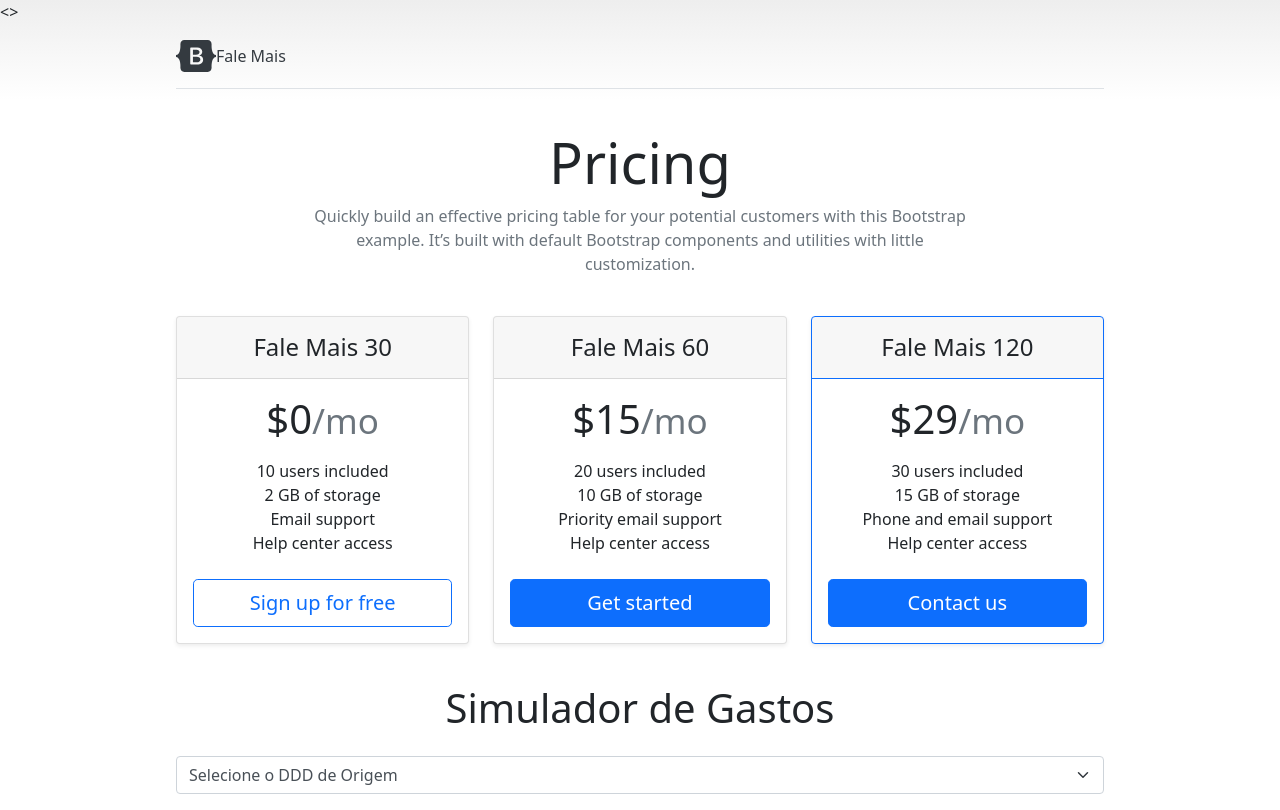
Repository: JuniorMagalhaesDeAlcantara/Fale-Mais
Page: src/resource/index.html
An editor plug-in stored every save of this project. The page is shown before and after the next save, followed by the edit.
The browser window is 1280 px wide. The pictures show the whole page.

Above is the page before, as saved 2022-08-02 15:06:11.

### src/resource/index.html
<!DOCTYPE html>
<html lang="pt-br">
<head>
  <meta charset="UTF-8">
  <meta name="viewport" content="width=device-width, initial-scale=1.0">
  <title>Fale Mais</title>
  <link rel="stylesheet" href="https://stackpath.bootstrapcdn.com/bootstrap/5.0.0-alpha1/css/bootstrap.min.css" integrity="sha384-r4NyP46KrjDleawBgD5tp8Y7UzmLA05oM1iAEQ17CSuDqnUK2+k9luXQOfXJCJ4I" crossorigin="anonymous">
  <script src="https://cdn.jsdelivr.net/npm/popper.js@1.16.0/dist/umd/popper.min.js" integrity="sha384-Q6E9RHvbIyZFJoft+2mJbHaEWldlvI9IOYy5n3zV9zzTtmI3UksdQRVvoxMfooAo" crossorigin="anonymous"></script>
  <script src="https://stackpath.bootstrapcdn.com/bootstrap/5.0.0-alpha1/js/bootstrap.min.js" integrity="sha384-oesi62hOLfzrys4LxRF63OJCXdXDipiYWBnvTl9Y9/TRlw5xlKIEHpNyvvDShgf/" crossorigin="anonymous"></script>
</head>
<body>


      <!-- Custom styles for this template -->
      <link href="../resource/css/style.css" rel="stylesheet">
    </head>
    <>

  <svg xmlns="http://www.w3.org/2000/svg" style="display: none;">
    <symbol id="check" viewBox="0 0 16 16">
      <title>Check</title>
      <path d="M13.854 3.646a.5.5 0 0 1 0 .708l-7 7a.5.5 0 0 1-.708 0l-3.5-3.5a.5.5 0 1 1 .708-.708L6.5 10.293l6.646-6.647a.5.5 0 0 1 .708 0z"/>
    </symbol>
  </svg>

  <div class="container py-3">
    <header>
      <div class="d-flex flex-column flex-md-row align-items-center pb-3 mb-4 border-bottom">
        <a href="/" class="d-flex align-items-center text-dark text-decoration-none">
          <svg xmlns="http://www.w3.org/2000/svg" width="40" height="32" class="me-2" viewBox="0 0 118 94" role="img"><title>Fale Mais</title><path fill-rule="evenodd" clip-rule="evenodd" d="M24.509 0c-6.733 0-11.715 5.893-11.492 12.284.214 6.14-.064 14.092-2.066 20.577C8.943 39.365 5.547 43.485 0 44.014v5.972c5.547.529 8.943 4.649 10.951 11.153 2.002 6.485 2.28 14.437 2.066 20.577C12.794 88.106 17.776 94 24.51 94H93.5c6.733 0 11.714-5.893 11.491-12.284-.214-6.14.064-14.092 2.066-20.577 2.009-6.504 5.396-10.624 10.943-11.153v-5.972c-5.547-.529-8.934-4.649-10.943-11.153-2.002-6.484-2.28-14.437-2.066-20.577C105.214 5.894 100.233 0 93.5 0H24.508zM80 57.863C80 66.663 73.436 72 62.543 72H44a2 2 0 01-2-2V24a2 2 0 012-2h18.437c9.083 0 15.044 4.92 15.044 12.474 0 5.302-4.01 10.049-9.119 10.88v.277C75.317 46.394 80 51.21 80 57.863zM60.521 28.34H49.948v14.934h8.905c6.884 0 10.68-2.772 10.68-7.727 0-4.643-3.264-7.207-9.012-7.207zM49.948 49.2v16.458H60.91c7.167 0 10.964-2.876 10.964-8.281 0-5.406-3.903-8.178-11.425-8.178H49.948z" fill="currentColor"></path></svg>
          <span class="fs-4">Fale Mais</span>
        </a>
      </div>

      <div class="pricing-header p-3 pb-md-4 mx-auto text-center">
        <h1 class="display-4 fw-normal">Pricing</h1>
        <p class="fs-5 text-muted">Quickly build an effective pricing table for your potential customers with this Bootstrap example. It’s built with default Bootstrap components and utilities with little customization.</p>
      </div>
    </header>

    <main>
      <div class="row row-cols-1 row-cols-md-3 mb-3 text-center">
        <div class="col">
          <div class="card mb-4 rounded-3 shadow-sm">
            <div class="card-header py-3">
              <h4 class="my-0 fw-normal">Fale Mais 30</h4>
            </div>
            <div class="card-body">
              <h1 class="card-title pricing-card-title">$0<small class="text-muted fw-light">/mo</small></h1>
              <ul class="list-unstyled mt-3 mb-4">
                <li>10 users included</li>
                <li>2 GB of storage</li>
                <li>Email support</li>
                <li>Help center access</li>
              </ul>
              <button type="button" class="w-100 btn btn-lg btn-outline-primary">Sign up for free</button>
            </div>
          </div>
        </div>
        <div class="col">
          <div class="card mb-4 rounded-3 shadow-sm">
            <div class="card-header py-3">
              <h4 class="my-0 fw-normal">Fale Mais 60</h4>
            </div>
            <div class="card-body">
              <h1 class="card-title pricing-card-title">$15<small class="text-muted fw-light">/mo</small></h1>
              <ul class="list-unstyled mt-3 mb-4">
                <li>20 users included</li>
                <li>10 GB of storage</li>
                <li>Priority email support</li>
                <li>Help center access</li>
              </ul>
              <button type="button" class="w-100 btn btn-lg btn-primary">Get started</button>
            </div>
          </div>
        </div>
        <div class="col">
          <div class="card mb-4 rounded-3 shadow-sm border-primary">
            <div class="card-header py-3 text-bg-primary border-primary">
              <h4 class="my-0 fw-normal">Fale Mais 120</h4>
            </div>
            <div class="card-body">
              <h1 class="card-title pricing-card-title">$29<small class="text-muted fw-light">/mo</small></h1>
              <ul class="list-unstyled mt-3 mb-4">
                <li>30 users included</li>
                <li>15 GB of storage</li>
                <li>Phone and email support</li>
                <li>Help center access</li>
              </ul>
              <button type="button" class="w-100 btn btn-lg btn-primary">Contact us</button>
            </div>
          </div>
        </div>
      </div>

      <h2 class="display-6 text-center mb-4">Simulador de Gastos</h2>

      <select class="form-select" aria-label="Default select example">
        <option selected>Selecione o DDD de Origem</option>
        <option value="1">11</option>
        <option value="2">16</option>
        <option value="3">17</option>
        <option value="4">15</option>
      </select>


      </main>
      </div>


    </body>
  </html>

### src/resource/css/style.css
body {
    background-image: linear-gradient(180deg, #eee, #fff 100px, #fff);
  }

  .container {
    max-width: 960px;
  }

  .pricing-header {
    max-width: 700px;
  }

        .bd-placeholder-img {
          font-size: 1.125rem;
          text-anchor: middle;
          -webkit-user-select: none;
          -moz-user-select: none;
          user-select: none;
        }

        @media (min-width: 768px) {
          .bd-placeholder-img-lg {
            font-size: 3.5rem;
          }
        }

        .b-example-divider {
          height: 3rem;
          background-color: rgba(0, 0, 0, .1);
          border: solid rgba(0, 0, 0, .15);
          border-width: 1px 0;
          box-shadow: inset 0 .5em 1.5em rgba(0, 0, 0, .1), inset 0 .125em .5em rgba(0, 0, 0, .15);
        }

        .b-example-vr {
          flex-shrink: 0;
          width: 1.5rem;
          height: 100vh;
        }

        .bi {
          vertical-align: -.125em;
          fill: currentColor;
        }

        .nav-scroller {
          position: relative;
          z-index: 2;
          height: 2.75rem;
          overflow-y: hidden;
        }

        .nav-scroller .nav {
          display: flex;
          flex-wrap: nowrap;
          padding-bottom: 1rem;
          margin-top: -1px;
          overflow-x: auto;
          text-align: center;
          white-space: nowrap;
          -webkit-overflow-scrolling: touch;
        }

After the next save:
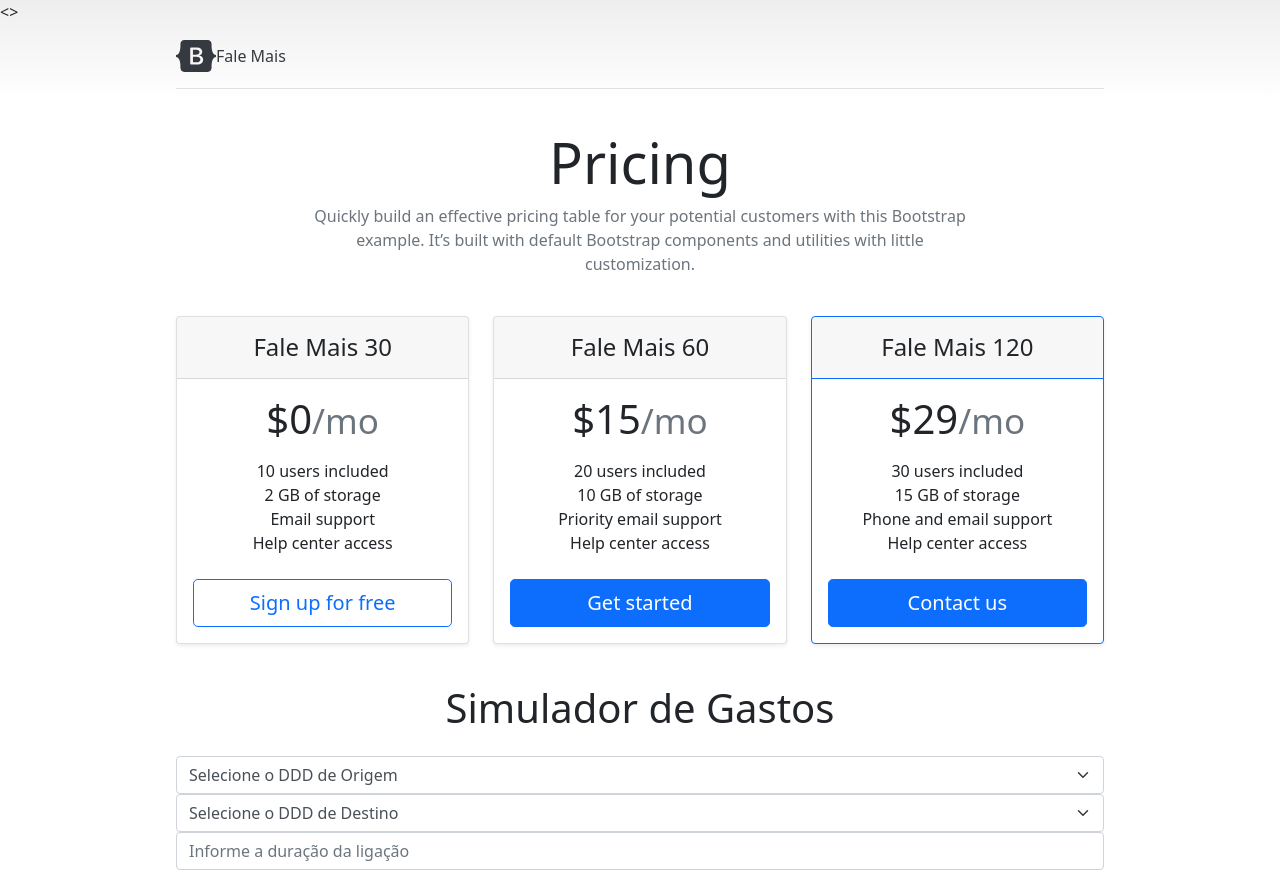
Saved 2 min 50 s later.
--- a/src/resource/index.html
+++ b/src/resource/index.html
@@ -100,8 +100,18 @@
         <option value="1">11</option>
         <option value="2">16</option>
         <option value="3">17</option>
-        <option value="4">15</option>
+        <option value="4">18</option>
       </select>
+
+      <select class="form-select" aria-label="Default select example">
+        <option selected>Selecione o DDD de Destino</option>
+        <option value="1">11</option>
+        <option value="2">16</option>
+        <option value="3">17</option>
+        <option value="4">18</option>
+      </select>
+
+      <input class="form-control" type="text" placeholder="Informe a duração da ligação" aria-label="default input example">
 
 
       </main>
